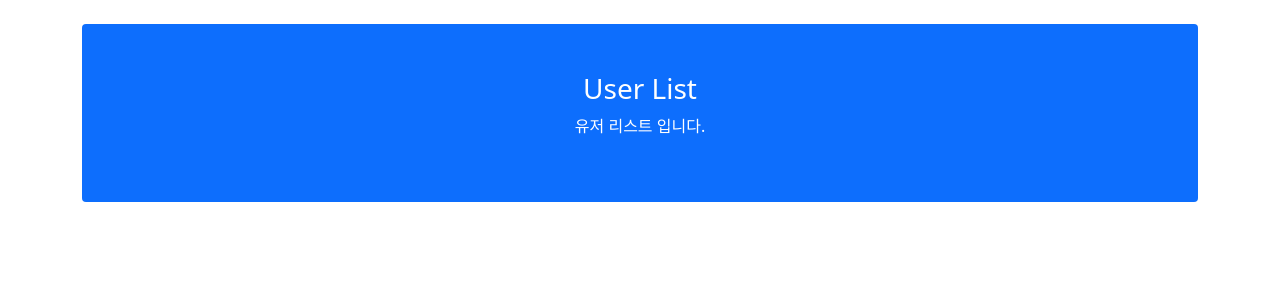
Repository: juhee1020/studying
Page: http://localhost/lec03_mvc/user/user_list.jsp
The author's editor kept a copy of each file at every save. The page is drawn from the files as they stood at one save, then again after the next save.
The browser window is 1280 px wide. The pictures show the whole page.
Some web libraries are served in a nearby version. The page is served by Tomcat 9. Nobody is signed in. The application's start-up code is not run.

Above is the page before, as saved 2022-12-28 04:06:57.

After the next save:
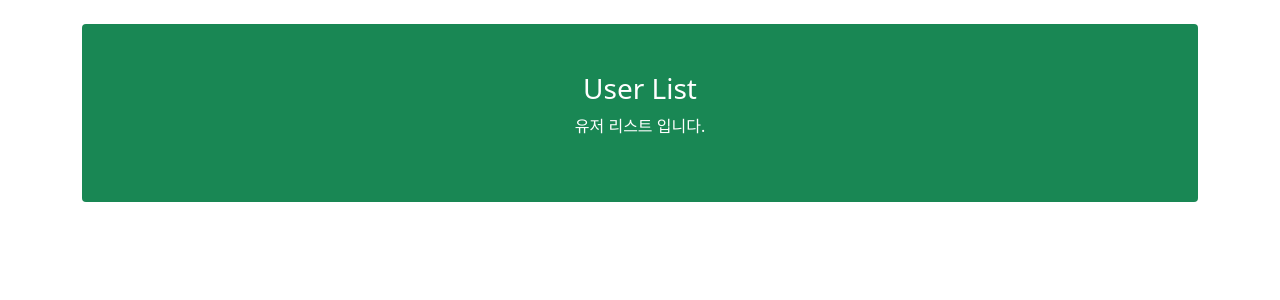
Saved 10 s later.
--- a/Spring/lec03_mvc/src/main/webapp/user/user_list.jsp
+++ b/Spring/lec03_mvc/src/main/webapp/user/user_list.jsp
@@ -14,7 +14,7 @@
 </head>
 <body>
    <div class="container" align="center">
-      <div class="mt-4 p-5 bg-primary text-white rounded">
+      <div class="mt-4 p-5 bg-success text-white rounded">
          <h3>User List</h3>
          <p>유저 리스트 입니다.</p>
 
